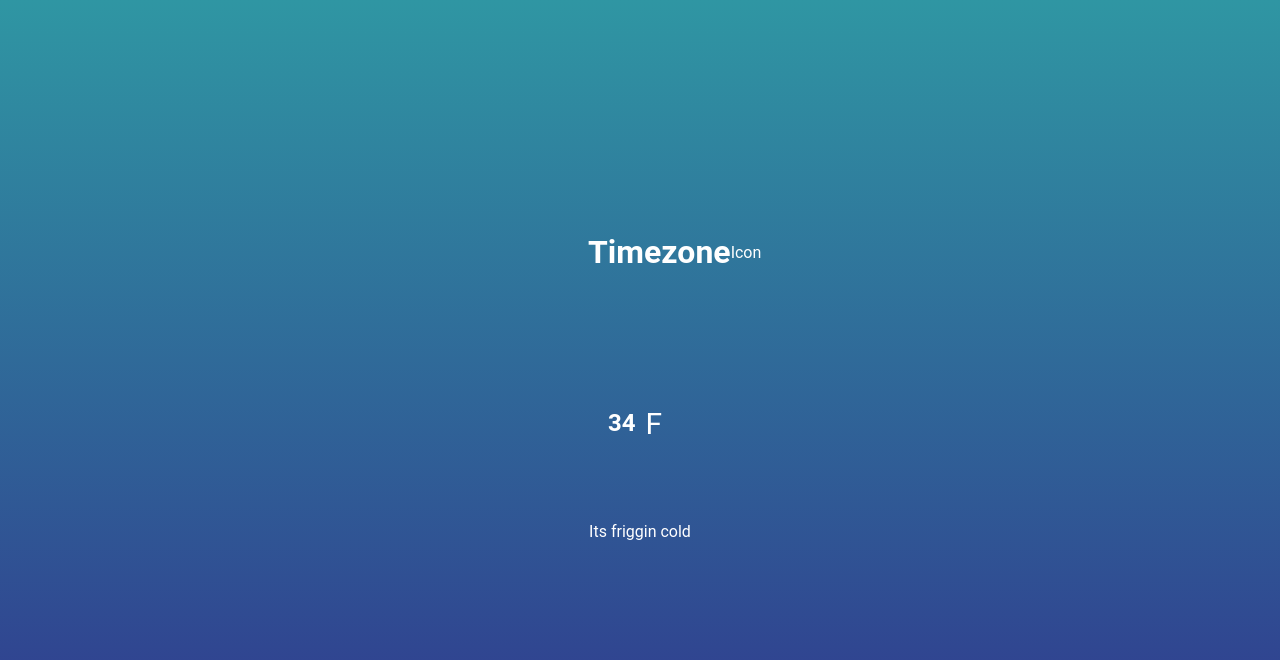
Repository: BaczkiewiczDawid/weatherApp
Page: index.html
These files come from the project's save history. The page is drawn as it stood at one moment and after the next save; the edit follows.
The browser window is 1280 px wide. The pictures show the whole page.

Above is the page before, as saved 2020-02-22 19:22:18.

After the next save:
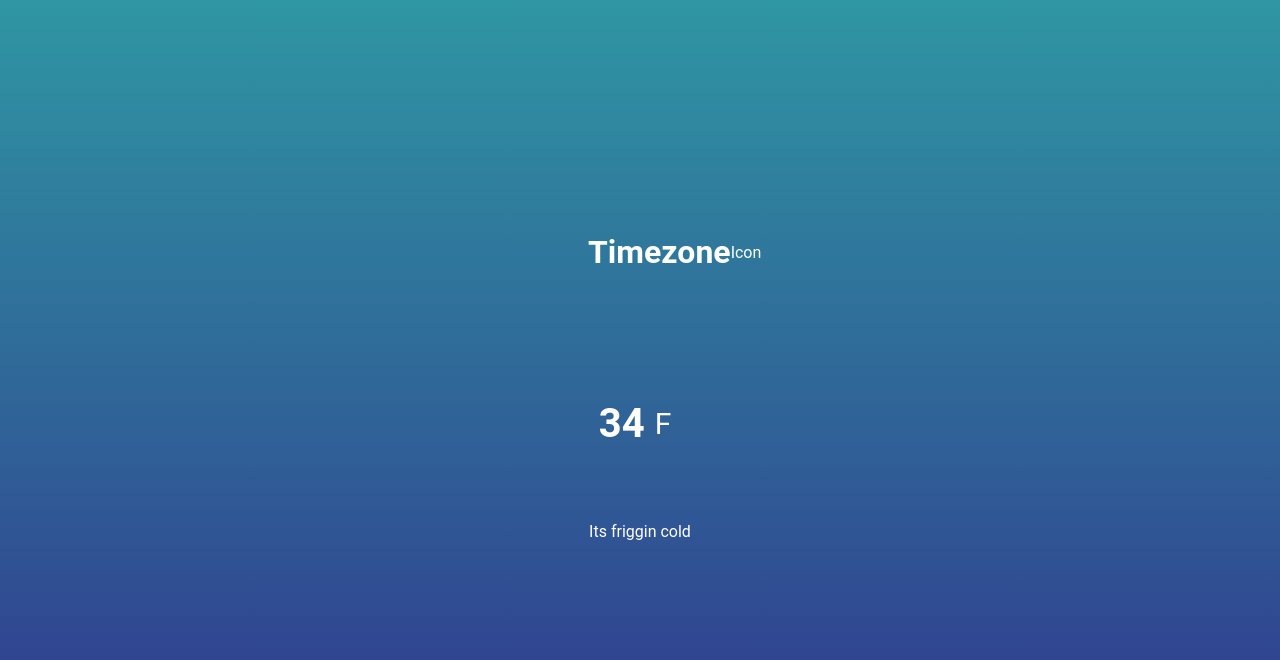
Saved 37 s later.
--- a/style.css
+++ b/style.css
@@ -31,3 +31,6 @@ body, html {
     margin: 10px;
     font-size: 30px;
 }
+.degree-section h2 {
+    font-size: 40px;
+}
